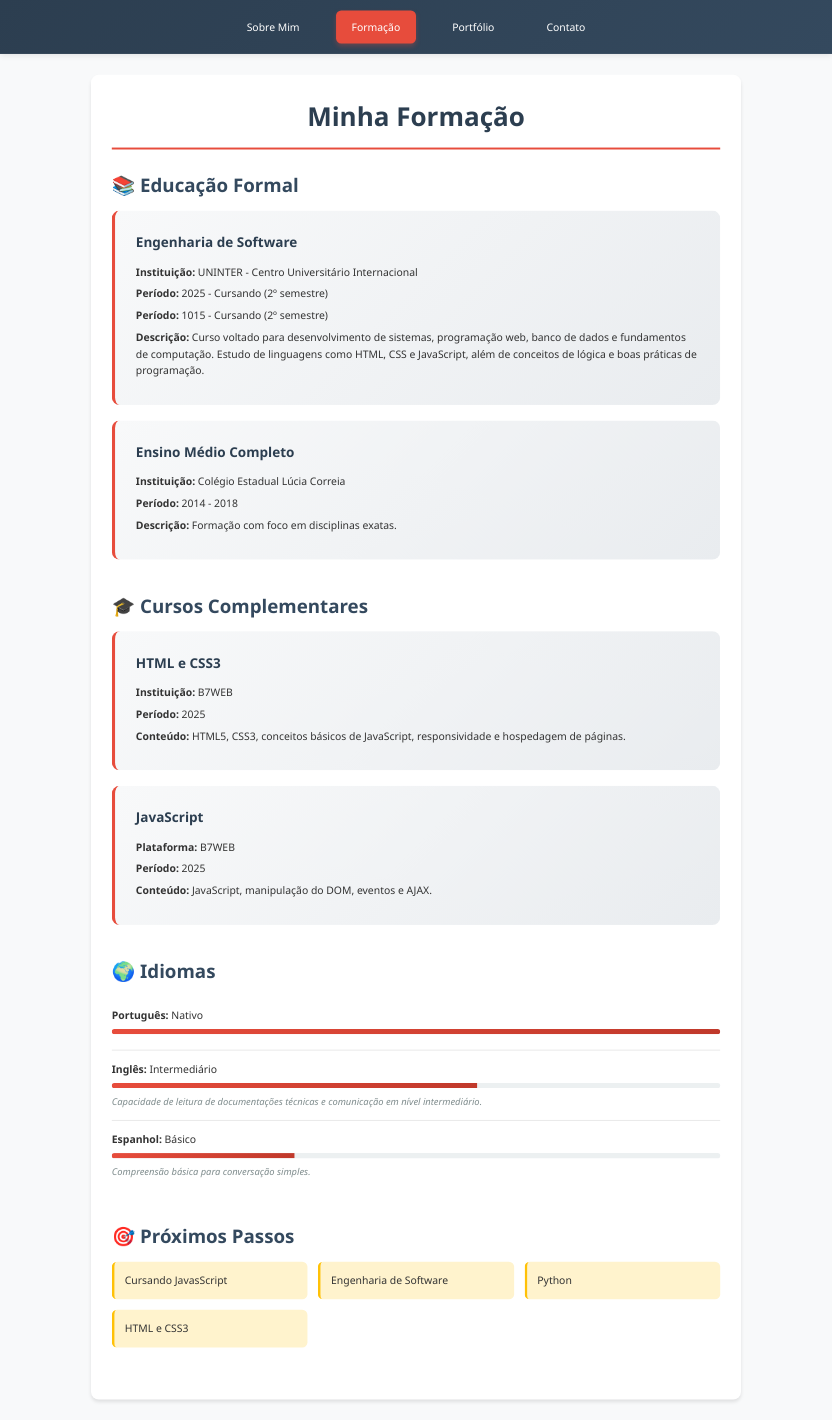
Repository: AnderHonorato/meu-portfolio
Page: formacao.html
An editor plug-in stored every save of this project. The page is shown before and after the next save, followed by the edit.
The browser window is 1280 px wide. The pictures show the whole page, at 65% of full size.

Above is the page before, as saved 2025-08-26 23:44:15.

After the next save:
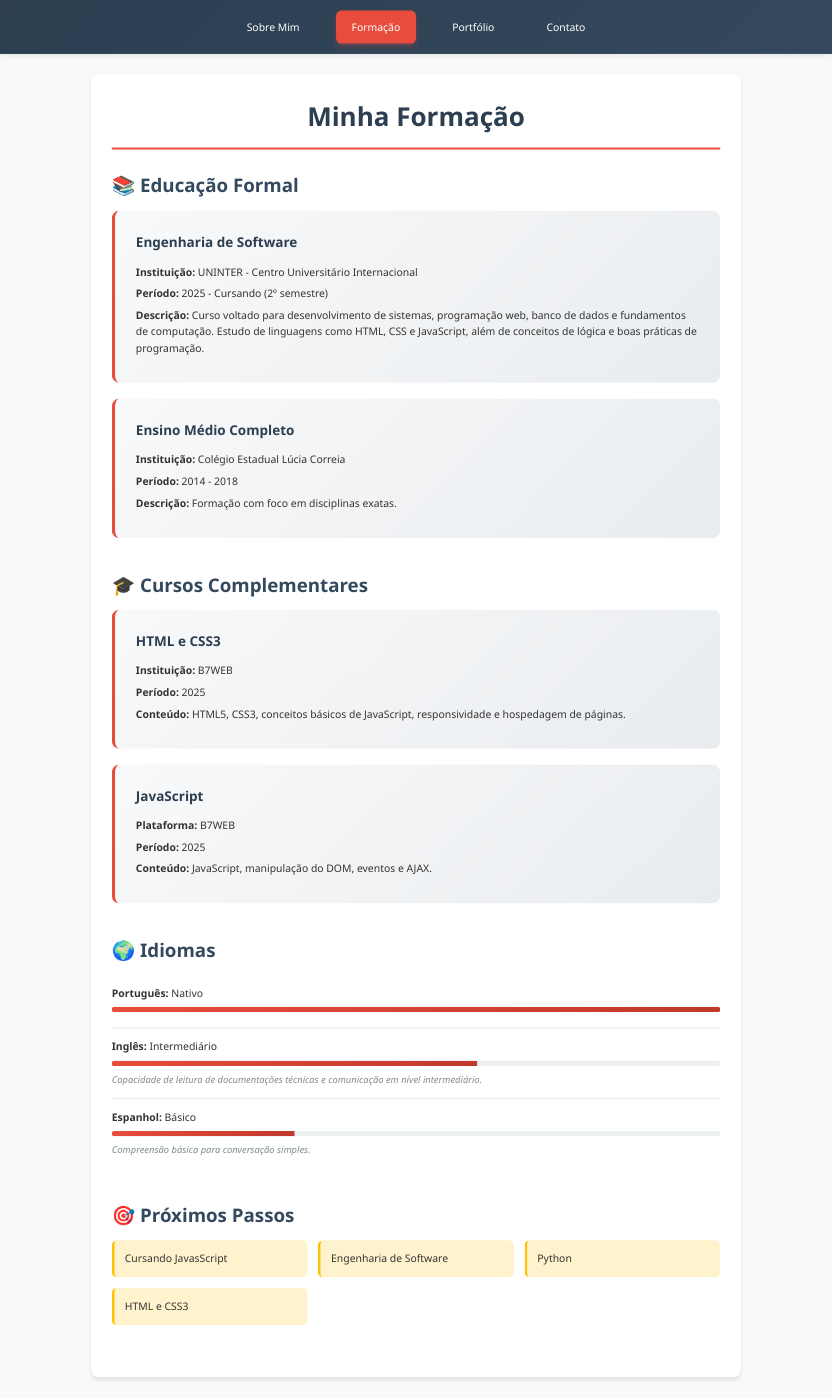
Saved 9 s later.
--- a/formacao.html
+++ b/formacao.html
@@ -29,7 +29,6 @@
                 <h3>Engenharia de Software</h3>
                 <p><strong>Instituição:</strong> UNINTER - Centro Universitário Internacional</p>
                 <p><strong>Período:</strong> 2025 - Cursando (2º semestre)</p>
-                <p><strong>Período:</strong> 1015 - Cursando (2º semestre)</p>
                 <p><strong>Descrição:</strong> Curso voltado para desenvolvimento de sistemas, programação web, banco de dados e fundamentos de computação. Estudo de linguagens como HTML, CSS e JavaScript, além de conceitos de lógica e boas práticas de programação.</p>
             </div>
 
